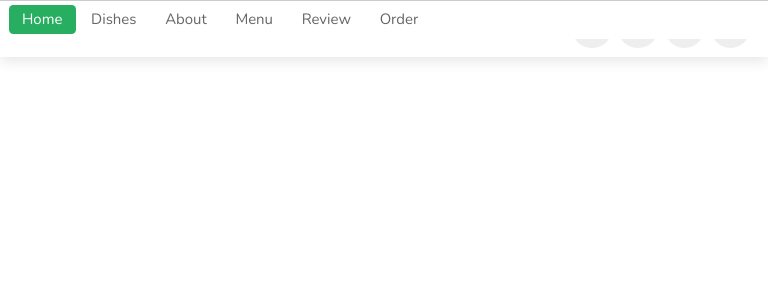
Repository: CarsonDev1/FoodWeb
Page: index.html
These files come from the project's save history. The page is drawn as it stood at one moment and after the next save; the edit follows.
The browser window is 768 px wide. The pictures show the whole page.
Some web libraries are served in a nearby version.

Above is the page before, as saved 2022-05-18 18:08:29.

### index.html
<!DOCTYPE html>
<html lang="en">
  <head>
    <meta charset="UTF-8" />
    <meta http-equiv="X-UA-Compatible" content="IE=edge" />
    <meta name="viewport" content="width=device-width, initial-scale=1.0" />
    <title>Document</title>
    <!-- CSS link -->
    <link rel="stylesheet" href="./css/style.css" />
    <!-- Google font -->
    <link rel="preconnect" href="https://fonts.googleapis.com" />
    <link rel="preconnect" href="https://fonts.gstatic.com" crossorigin />
    <link
      href="https://fonts.googleapis.com/css2?family=DM+Sans:wght@700&family=Manrope:wght@400;700;800&family=Nunito:wght@200;300;400;600;700&display=swap"
      rel="stylesheet"
    />
    <!-- font awesome cdn link -->
    <link
      rel="stylesheet"
      href="https://cdnjs.cloudflare.com/ajax/libs/font-awesome/6.1.1/css/all.min.css"
    />
  </head>
  <body>
    <!-- Header section start -->
    <header>
      <a href="#" class="logo"><i class="fas fa-utensils"></i>resto.</a>
      <nav class="navbar">
        <a class="active" href="#home">home</a>
        <a href="#dishes">dishes</a>
        <a href="#about">about</a>
        <a href="#menu">menu</a>
        <a href="#review">review</a>
        <a href="#order">order</a>
      </nav>
      <div class="icons">
        <i class="fas fa-bars" id="menu-bars"></i>
        <i class="fas fa-search" id="search-icon"></i>
        <a href="#" class="fas fa-heart"></a>
        <a href="#" class="fas fa-shopping-cart"></a>
      </div>
    </header>
    <!-- Header section end -->
    <!-- JS file link -->
    <script src="./js/app.js"></script>
  </body>
</html>

### css/style.css
:root {
  --green: #27ae60;
  --black: #192a56;
  --light-color: #666;
  --box-shadow: 0 0.5rem 1.5rem rgba(0, 0, 0, 0.1);
}
* {
  font-family: "Nunito", sans-serif;
  margin: 0;
  padding: 0;
  box-sizing: border-box;
  text-decoration: none;
  outline: none;
  border: none;
  text-transform: capitalize;
  transition: all 0.2s linear;
}
html {
  font-size: 62.5%;
  overflow-x: hidden;
  scroll-padding-top: 5.5rem;
  scroll-behavior: smooth;
}
header {
  position: fixed;
  top: 0;
  left: 0;
  right: 0;
  background: #fff;
  padding: 1rem 7%;
  display: flex;
  align-items: center;
  justify-content: space-between;
  z-index: 1000;
  box-shadow: var(--box-shadow);
}
header .logo {
  color: var(--black);
  font-size: 2.5rem;
  font-weight: bolder;
}
header .logo i {
  color: var(--green);
}
header .navbar a {
  font-size: 1.7rem;
  border-radius: 0.5rem;
  padding: 0.5rem 1.5rem;
  color: var(--light-color);
}
header .navbar a.active,
header .navbar a:hover {
  background: var(--green);
  color: #fff;
}
header .icons i,
header .icons a {
  cursor: pointer;
  margin-left: 0.5rem;
  height: 4.5rem;
  line-height: 4.5rem;
  width: 4.5rem;
  text-align: center;
  font-size: 1.7rem;
  color: var(--black);
  border-radius: 50%;
  background: #eee;
}
header .icons i:hover,
header .icons a:hover {
  color: #fff;
  background: var(--green);
  transform: rotate(360deg);
}
header .icons #menu-bars {
  display: none;
}

/* media queries */
@media (max-width: 991px) {
  html {
    font-size: 55%;
  }
  header {
    padding: 1rem 2rem;
  }
}
@media (max-width: 768px) {
  header .icons #menu-bars {
    display: inline-block;
  }
  header .navbar {
    position: absolute;
    top: 0;
    left: 0;
    right: 0;
    background: #fff;
    border-top: 0.1rem solid rgba(0, 0, 0, 0.2);
    padding: 1rem;
  }
}

Loaded but not shown: js/app.js (no copy from this time; the picture is the same without it)

After the next save:
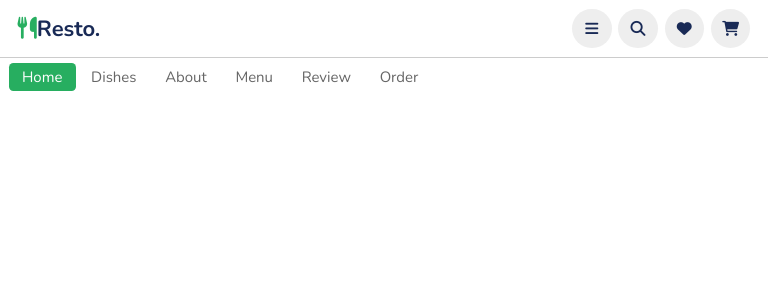
Saved 12 s later.
--- a/css/style.css
+++ b/css/style.css
@@ -91,7 +91,7 @@ header .icons #menu-bars {
   }
   header .navbar {
     position: absolute;
-    top: 0;
+    top: 100%;
     left: 0;
     right: 0;
     background: #fff;
